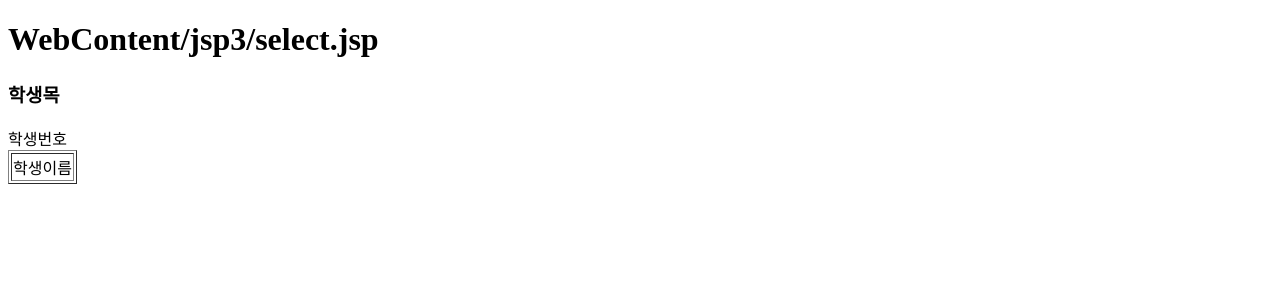
Repository: ReadStar/workspace_jsp
Page: http://localhost/StudyJSP/jsp3/select.jsp
The author's editor kept a copy of each file at every save. The page is drawn from the files as they stood at one save, then again after the next save.
The browser window is 1280 px wide. The pictures show the whole page.
The page is served by Tomcat 9. Other server files are loaded and not shown.

Above is the page before, as saved 2020-08-25 01:34:35.

### StudyJSP/WebContent/jsp3/select.jsp
<%@ page language="java" contentType="text/html; charset=UTF-8"
    pageEncoding="UTF-8"%>
<!DOCTYPE html>
<html>
<head>
<meta charset="UTF-8">
<title>Insert title here</title>
</head>
<body>
<h1>WebContent/jsp3/select.jsp</h1>
<h3>학생목</h3>
<table border="1">
<tr><tb>학생번호</tb><td>학생이름</td></tr>

</table>
</body>
</html>

After the next save:
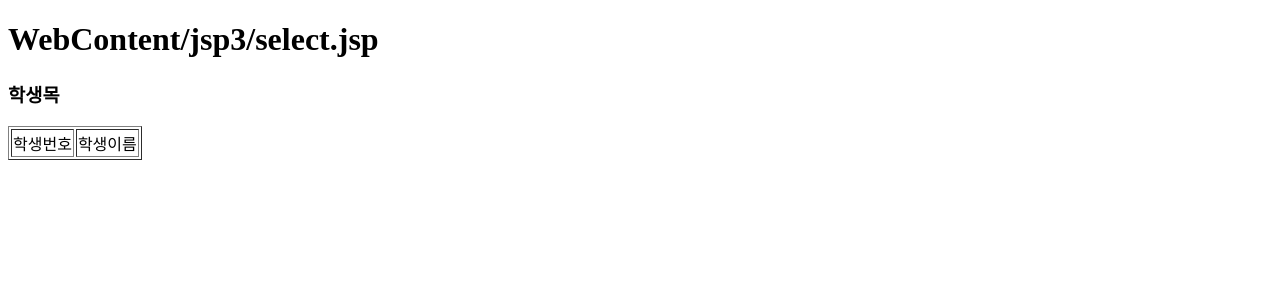
Saved 7 s later.
--- a/StudyJSP/WebContent/jsp3/select.jsp
+++ b/StudyJSP/WebContent/jsp3/select.jsp
@@ -10,7 +10,7 @@
 <h1>WebContent/jsp3/select.jsp</h1>
 <h3>학생목</h3>
 <table border="1">
-<tr><tb>학생번호</tb><td>학생이름</td></tr>
+<tr><td>학생번호</td><td>학생이름</td></tr>
 
 </table>
 </body>
